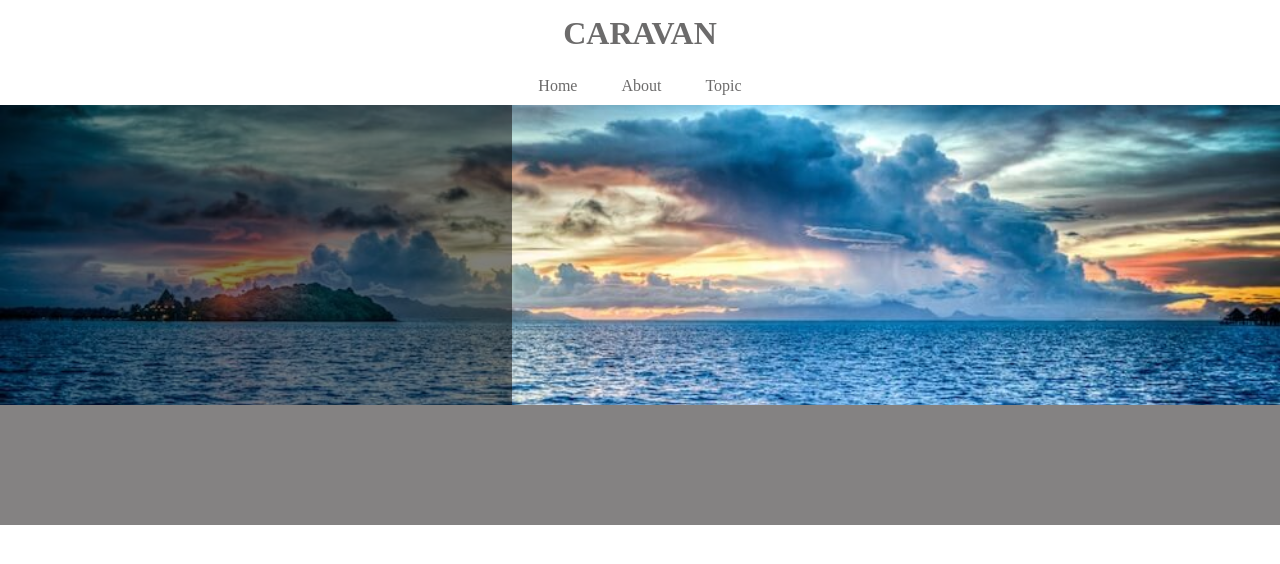
Repository: hayase-m/Webcamp
Page: caravan/index.html
The author's editor kept a record of every edit. The page is drawn from the files as they stood at one moment, then again after the next edit.
The browser window is 1280 px wide. The pictures show the whole page.

Above is the page before.

### caravan/index.html
<!DOCTYPE html>
<html lang="ja">
  <head>
    <meta charset="UTF-8" />
    <!-- CSSファイルの読み込み -->
    <link rel="stylesheet" href="style.css" />
    <title>CARAVAN</title>
  </head>

  <body>
    <!-- header -->
    <header>
      <h1 class="heading">
        <a href="index.html">
        CARAVAN
        </a>
      </h1>
    </header>

    <!-- navigation -->
    <nav>
      <ul class="nav-list">
        <li class="nav-list-item">
          <a href="index.html">Home</a>
        </li>
        <li class="nav-list-item">About</li>
        <li class="nav-list-item">Topic</li>
      </ul>
    </nav>

    <!-- main-visual用のdiv -->
    <div class="main-visual">
      <div class="main-visual-content"></div>
    </div>

    <!-- main用のdiv -->
    <div class="main">
      <div class="blog"></div>
      <div class="sidebar"></div>
    </div>

    <!-- footer -->
    <footer></footer>
  </body>
</html>

### caravan/style.css
/* ブラウザがそれぞれ持っているCSSをリセットするための記述 */
* {
  margin: 0;
  padding: 0;
  box-sizing: border-box;
  color: #6c6b6b;
}

a {
  text-decoration: none;
}

header {
  width: 90%; /* 横幅90% */
  padding: 15px 0;
  margin: 0 auto;
  text-align: center;
}

header .heading {
  /* headerタグ内のheadingクラスにのみ反映される */
  font-size: 32px;
}

.nav-list {
  text-align: center;
  padding: 10px 0;
  margin: 0 auto;
}

.nav-list-item {
  list-style: none;
  display: inline-block;
  margin: 0 20px;
}

.main-visual {
  width: 100%; /* 横幅いっぱい */
  height: 300px; /* 高さ300px */
  background-image: url(img/mv.jpg);
  background-size: cover; /* 縦横比を維持したまま背景領域を埋め尽くす */
  background-position: center; /* 背景画像を中央に配置 */
}

.main-visual-content {
  width: 40%; /* 横幅40% */
  height: 300px; /* 親の高さに揃える */
  background-color: rgba(0, 0, 0, 0.5); /* 背景色を半透明の黒にする */
  text-align: center; /* 文字を中央揃えにする */
  padding-top: 105px; /* 上側の内側余白で垂直方向の位置を調整 */
}

.main-visual-text {
  color: #fff; /* 文字色を白に変更 */
}

.main-visual-name {
  margin-top: 30px; /* 上側の外側の余白 */
  color: #fff; /* 文字色を白に変更 */
}

main {
  width: 800px; /* 横幅800px */
  display: flex; /* Flexboxの利用 */
  justify-content: center; /* 要素の横並び・中央寄せ */
  margin: 0 auto; /* 要素の中央揃え */
  padding: 70px 0; /* 上下に70px、左右に0pxの内側余白 */
}

.blog {
  width: 540px;
  margin-right: 30px; /* 領域の右側余白 */
}

.blog-heading {
  border-bottom: 8px solid #f7f7f7;
  text-align: center;
  line-height: 0.6;
}

.blog-item {
  padding-bottom: 20px;
  margin-bottom: 20px;
  border-bottom: 1px solid #f7f7f7;
}

.category {
  display: inline-block;
  padding: 5px 8px;
  background-color: #acabab;
  border-radius: 3px;
  color: #fff;
  font-size: 11px;
}

.sidebar {
  width: 230px;
}

footer {
  width: 100%;
  height: 120px;
  text-align: center;
  line-height: 120px;
  background-color: #848282;
}

.footer-text {
  color: #fff;
}

After the next edit:
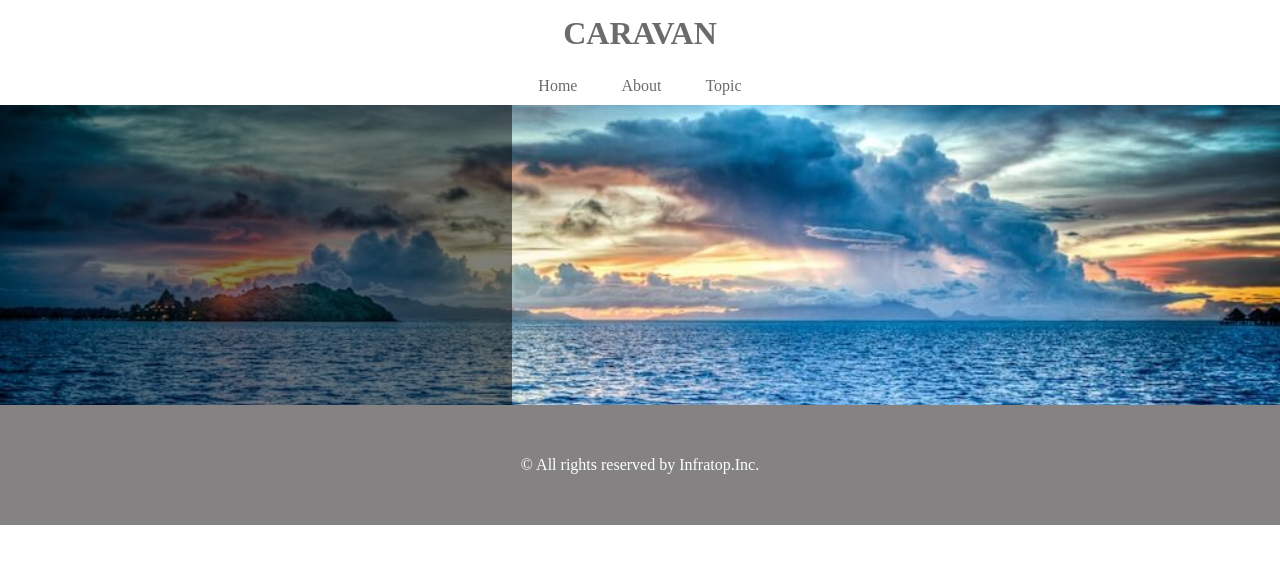
The edit:
--- a/caravan/index.html
+++ b/caravan/index.html
@@ -40,6 +40,8 @@
     </div>
 
     <!-- footer -->
-    <footer></footer>
+    <footer>
+      <p class="footer-text">© All rights reserved by Infratop.Inc.</p>
+    </footer>
   </body>
 </html>
